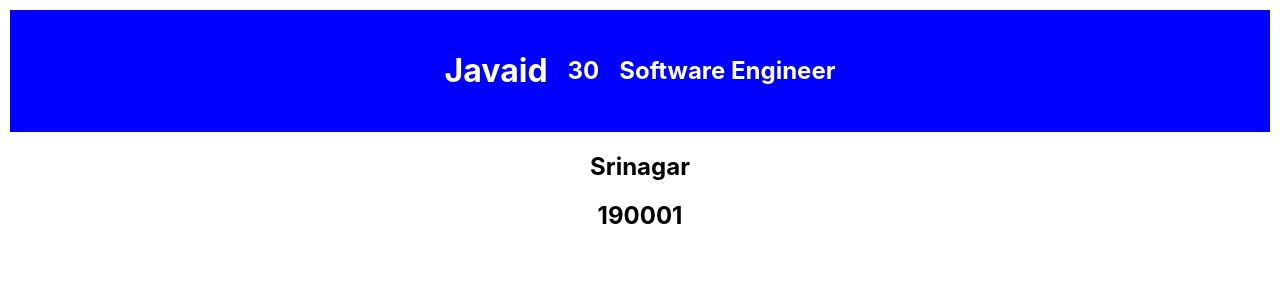
Repository: JavaidAhmadKhan/framer-motion-reacr
Page: /
An editor plug-in stored every save of this project. The page is shown before and after the next save, followed by the edit.
The browser window is 1280 px wide. The pictures show the whole page.
The project was rebuilt for these pictures with package versions that can differ from the ones it lists, and the page was loaded fresh each time.

Above is the page before, as saved 2022-05-19 17:21:45.

After the next save:
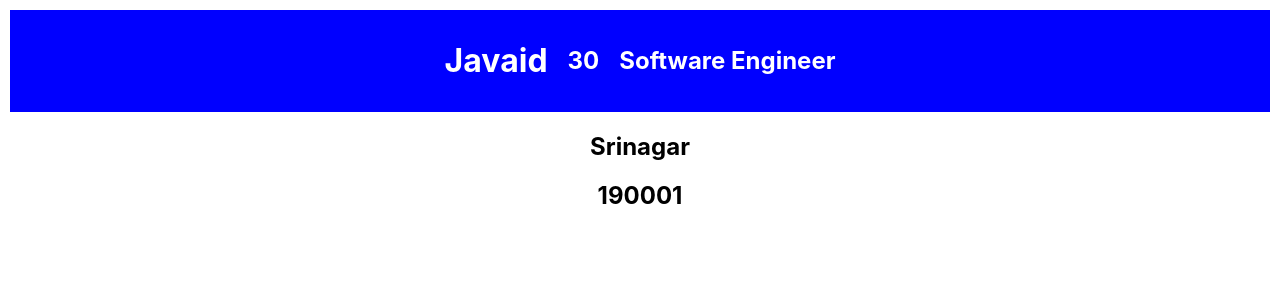
Saved 39 s later.
--- a/src/App.js
+++ b/src/App.js
@@ -27,7 +27,7 @@ class App extends Component {
             alignItems: "center",
             justifyContent: "center",
             margin: "10px",
-            padding: "20px",
+            padding: "10px",
             backgroundColor: "blue",
             color: "white",
             gap: "20px",
